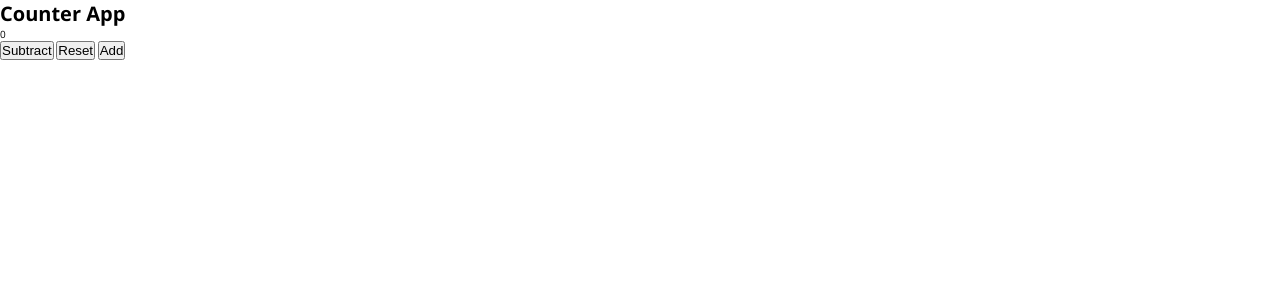
Repository: fakebrianho/100daysJS
Page: day001/index.html
The author's editor kept a copy of each file at every save. The page is drawn from the files as they stood at one save, then again after the next save.
The browser window is 1280 px wide. The pictures show the whole page.
Some web libraries are served in a nearby version.

Above is the page before, as saved 2023-03-20 16:45:47.

### day001/index.html
<!DOCTYPE html>
<html lang="en">

<head>
  <meta charset="UTF-8" />
  <meta name="viewport" content="width=device-width, initial-scale=1.0" />
  <title>Document</title>
  <script src="https://kit.fontawesome.com/1935d064dd.js" crossorigin="anonymous"></script>
  <link rel="stylesheet" href="styles.css" />
</head>

<body>
  <main>
    <h1 class='title'>Counter App</h1>
    <section class='counter'><span class='count'>0</span></section>
    <div class='divider'></div>
    <footer>
      <button class='subtract'>Subtract</button>
      <button class='reset'>Reset</button>
      <button class='add'>Add</button>
    </footer>
  </main>

  <script src="script.js"></script>
</body>

</html>

### day001/styles.css
@import url("https://fonts.googleapis.com/css2?family=Open+Sans:wght@300;400;600;700&display=swap");

:root {
  --white: #fff;
  --black: #1c2b2d;
  --blue: #31326f;
  --light-blue: #005490;
  --color-primary: #9d0191;
  --color-sec: #db6400;
  --grey: #eee;
  --dark-grey: #222831;
}

* {
  margin: 0;
  padding: 0;
  box-sizing: border-box;
}

html {
  font-size: 10px;
}

body {
  font-family: "Open Sans", sans-serif;
}

p {
  font-size: 1.6rem;
  line-height: 1.5;
}

img {
  width: 100%;
}

.container {
  max-width: 900px;
  margin: 0 auto;
  padding: 0 20px;
}

Loaded but not shown: day001/script.js (no stored copy; drawn as an empty file)

After the next save:
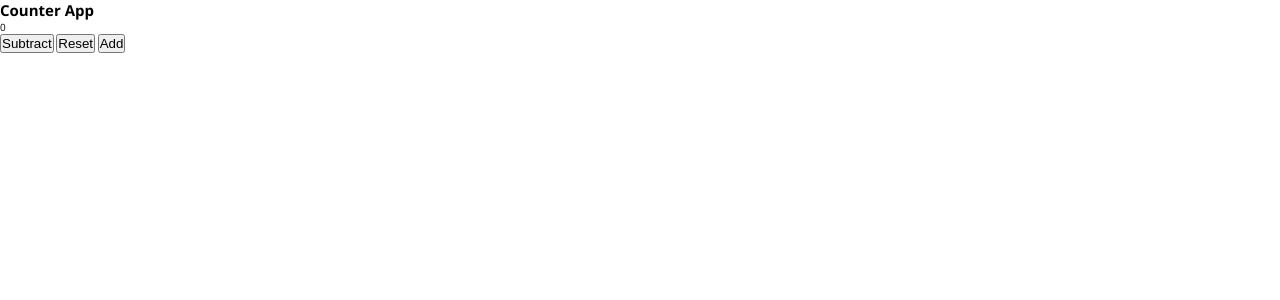
Saved 22 h 8 min later.
--- a/day001/index.html
+++ b/day001/index.html
@@ -11,14 +11,17 @@
 
 <body>
   <main>
-    <h1 class='title'>Counter App</h1>
-    <section class='counter'><span class='count'>0</span></section>
-    <div class='divider'></div>
-    <footer>
-      <button class='subtract'>Subtract</button>
-      <button class='reset'>Reset</button>
-      <button class='add'>Add</button>
-    </footer>
+    <section>
+      <h1 class='title'>Counter App</h1>
+      <section class='counter'><span class='count'>0</span></section>
+      <div class='divider'></div>
+      <footer>
+        <button class='subtract'>Subtract</button>
+        <button class='reset'>Reset</button>
+        <button class='add'>Add</button>
+      </footer>
+
+    </section>
   </main>
 
   <script src="script.js"></script>
